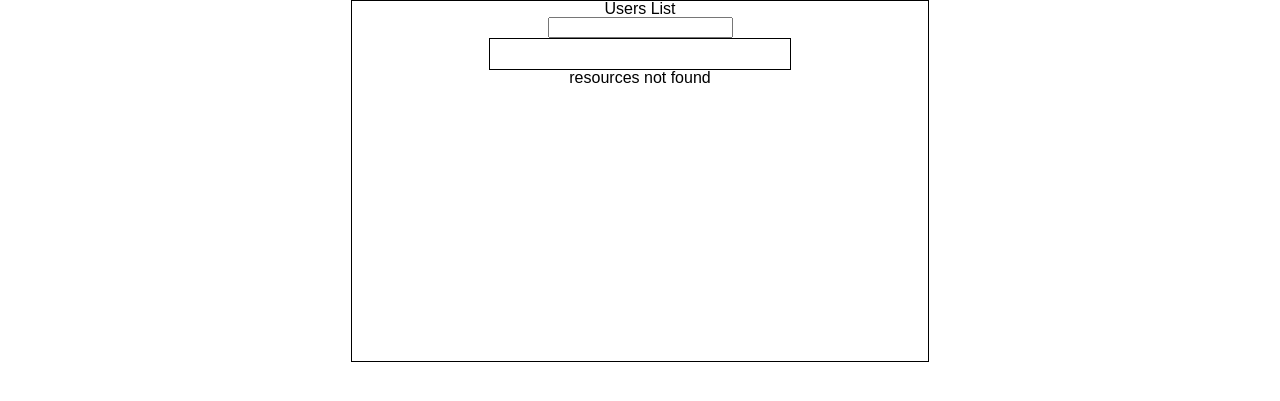
Repository: TomaszBeben/FirstTypescript
Page: /
These files come from the project's save history. The page is drawn as it stood at one moment and after the next save; the edit follows.
The browser window is 1280 px wide. The pictures show the whole page.
The page's requests for data from a server got no answer. The project was rebuilt for these pictures with package versions that can differ from the ones it lists, and the page was loaded fresh each time. No one was signed in, and anything a server would have sent is missing.

Above is the page before, as saved 2021-12-21 12:27:10.

### public/index.html
<!DOCTYPE html>
<html lang="en">

<head>
    <meta charset="utf-8" />
    <title>LeoCode</title>
</head>

<body>
    <div id="root"></div>
</body>

</html>

### src/index.scss
body {
    width: 100vw;
    height: 100vh;
}

@import './styles/reset.scss';
@import './styles/App.scss';

### src/App.tsx
import React, { FC, useState, useEffect } from 'react'
import axios from 'axios'

import Header from './components/header/Header'
import Search from './components/search/Search'
// import Posts from './components/posts/Posts'

type TUser = {
  id: number,
  name: string,
  username: string,
  // email: string,
  // address: object,
  // phone: string,
  // website: string,
  // company: string,
}

const defaultState: TUser[] = [];

const App: FC = () => {
  const [users, setUsers] = useState < TUser[] > (defaultState)
  const [error, setError] = useState < string > ('')
  console.log(users);

  useEffect(() => {
    const url = 'https://jsonplaceholder.typicode.com/users';
    axios.get < TUser[] > (url)
      .then(({ data }) => {
        setUsers(data)
      })
      .catch((err) => {
        err
        setError('resources not found')
      })
  }, [])

  return (
    <div className='App'>
      <Header />
      <Search />
      {users.map((elem) => {
        return (
          <ul key={elem.id}>
            <li>
              <p>{elem.id}</p>
              <p>{elem.name}</p>
              <p>{elem.username}</p>
            </li>
          </ul>
        )
      })
      }
      {error}
    </div>
  )
}

export default App

### src/styles/reset.scss
html,
body,
div,
span,
applet,
object,
iframe,
h1,
h2,
h3,
h4,
h5,
h6,
p,
blockquote,
pre,
a,
abbr,
acronym,
address,
big,
cite,
code,
del,
dfn,
em,
img,
ins,
kbd,
q,
s,
samp,
small,
strike,
strong,
sub,
sup,
tt,
var,
b,
u,
i,
center,
dl,
dt,
dd,
ol,
ul,
li,
fieldset,
form,
label,
legend,
table,
caption,
tbody,
tfoot,
thead,
tr,
th,
td,
article,
aside,
canvas,
details,
embed,
figure,
figcaption,
footer,
header,
hgroup,
menu,
nav,
output,
ruby,
section,
summary,
time,
mark,
audio,
video {
    margin: 0;
    padding: 0;
    border: 0;
    font-size: 10px;
    font: inherit;
    vertical-align: baseline;
    font-family: 'Montserrat', sans-serif, 'Lucida Sans', 'Lucida Sans Regular', 'Lucida Grande', 'Lucida Sans Unicode', Geneva, Verdana, sans-serif
}

article,
aside,
details,
figcaption,
figure,
footer,
header,
hgroup,
menu,
nav,
section {
    display: block;
}

body {
    line-height: 1;
}

ol,
ul {
    list-style: none;
}

blockquote,
q {
    quotes: none;
}

blockquote {
    &:before,
    &:after {
        content: '';
        content: none;
    }
}

q {
    &:before,
    &:after {
        content: '';
        content: none;
    }
}

table {
    border-collapse: collapse;
    border-spacing: 0;
}

### src/styles/App.scss
.App {
    min-width: 300px;
    max-width: 45vw;
    height: 50vh;
    border: 1px solid black;
    margin-left: auto;
    margin-right: auto;
    display: flex;
    align-items: center;
    flex-direction: column;
}

### src/components/header/Header.tsx
import React from 'react'

const Header = () => {
    const header: string = 'Users List'
    return (
        <h1>
            {header}
        </h1>
    )
}

export default Header

### src/components/search/Search.tsx
import React, { useState } from 'react'

const Search = () => {
    const [search, setSearch]: [string, (search: string) => void] = useState('')
    return (
        <>
            <input type="text" value={search} onChange={e => setSearch(e.target.value)} />
            <div style={{ width:'300px', height: '30px', border: '1px solid black' }}>
                {search}
            </div>
        </>
    )
}

export default Search

Loaded but not shown: src/index.tsx (common file)

After the next save:
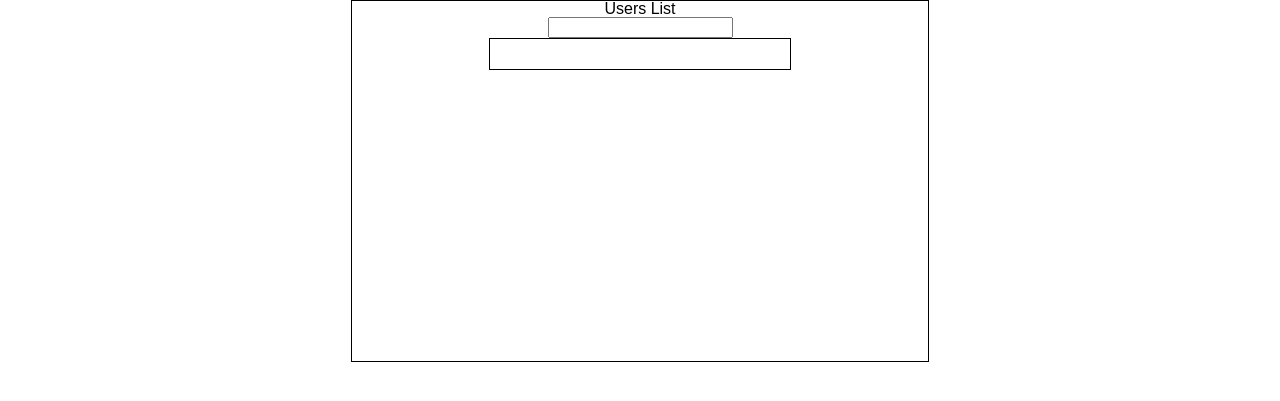
Saved 49 s later.
--- a/src/App.tsx
+++ b/src/App.tsx
@@ -30,8 +30,9 @@ const App: FC = () => {
         setUsers(data)
       })
       .catch((err) => {
-        err
-        setError('resources not found')
+        err.response.status === 404
+        ? setError('resources not found')
+        : setError('')
       })
   }, [])
 
